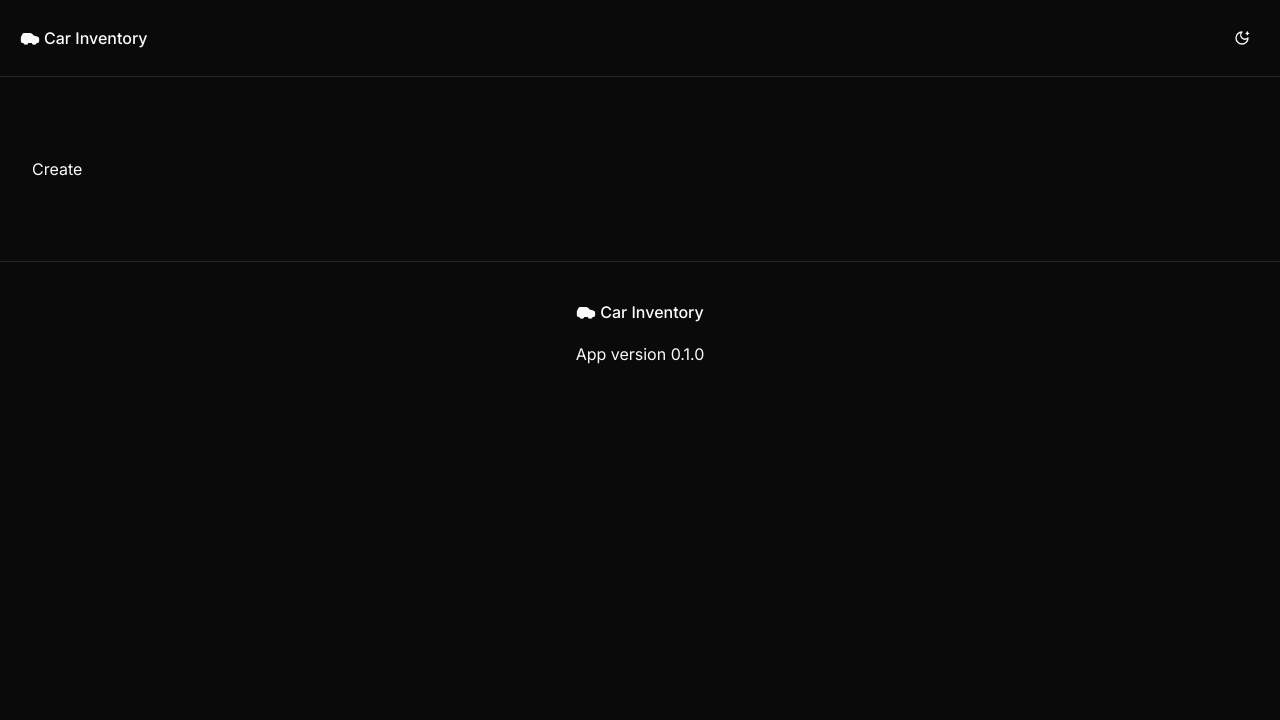
Repository: tushcmd/car-inventory
Page: /create (app in frontend/)
The author's editor kept a copy of each file at every save. The page is drawn from the files as they stood at one save, then again after the next save.
The browser window is 1280 px wide. The pictures show the whole page.
The project was rebuilt for these pictures with package versions that can differ from the ones it lists, and the page was loaded fresh each time. The framework's server and built-in components were replaced by stand-ins that run in the browser. Also part of the build but not shown: frontend/next.config.mjs.

Above is the page before, as saved 2024-05-12 03:49:11.

### frontend/app/layout.tsx
import type { Metadata } from "next";
import { Inter } from "next/font/google";
import "./globals.css";
import AppProviders from "@/components/providers/AppProviders";
import Navbar from '@/components/shared/Navbar';
import Footer from "@/components/shared/Footer";

const inter = Inter({ subsets: ["latin"] });

export const metadata: Metadata = {
  title: "Car Garage Inventory",
  description: "Nextjs Shadcnui Nodejs Express and MongoDB CRUD",
};

export default function RootLayout({
  children,
}: Readonly<{
  children: React.ReactNode;
}>) {
  return (
    <html lang="en" suppressHydrationWarning>
      <body className={inter.className}>
        <AppProviders>
          <Navbar />
          {children}
          <Footer />
        </AppProviders>
      </body>
    </html>
  );
}

### frontend/app/create/page.tsx


export default function Create() {
    return (
        <div className="page-container">Create</div>
    )
}

### frontend/app/globals.css
@tailwind base;
@tailwind components;
@tailwind utilities;

@layer base {
  :root {
    --background: 0 0% 100%;
    --foreground: 0 0% 3.9%;

    --card: 0 0% 100%;
    --card-foreground: 0 0% 3.9%;

    --popover: 0 0% 100%;
    --popover-foreground: 0 0% 3.9%;

    --primary: 0 0% 9%;
    --primary-foreground: 0 0% 98%;

    --secondary: 0 0% 96.1%;
    --secondary-foreground: 0 0% 9%;

    --muted: 0 0% 96.1%;
    --muted-foreground: 0 0% 45.1%;

    --accent: 0 0% 96.1%;
    --accent-foreground: 0 0% 9%;

    --destructive: 0 84.2% 60.2%;
    --destructive-foreground: 0 0% 98%;

    --border: 0 0% 89.8%;
    --input: 0 0% 89.8%;
    --ring: 0 0% 3.9%;

    --radius: 0.5rem;
  }

  .dark {
    --background: 0 0% 3.9%;
    --foreground: 0 0% 98%;

    --card: 0 0% 3.9%;
    --card-foreground: 0 0% 98%;

    --popover: 0 0% 3.9%;
    --popover-foreground: 0 0% 98%;

    --primary: 0 0% 98%;
    --primary-foreground: 0 0% 9%;

    --secondary: 0 0% 14.9%;
    --secondary-foreground: 0 0% 98%;

    --muted: 0 0% 14.9%;
    --muted-foreground: 0 0% 63.9%;

    --accent: 0 0% 14.9%;
    --accent-foreground: 0 0% 98%;

    --destructive: 0 62.8% 30.6%;
    --destructive-foreground: 0 0% 98%;

    --border: 0 0% 14.9%;
    --input: 0 0% 14.9%;
    --ring: 0 0% 83.1%;
  }
}

@layer base {
  * {
    @apply border-border;
  }
  body {
    @apply bg-background text-foreground;
  }
}


@layer components {

  /* FONT SIZES */
  .h1 {
		@apply text-5xl lg:text-6xl font-bold;
	}
	.h2 {
		@apply sm:text-3xl text-4xl font-bold;
	}
	.h3 {
		@apply text-2xl font-medium;
	}
	.h4 {
		@apply text-xl sm:text-lg font-normal;
	}

  /* LAYOUTS  */
	.layout-container {
		@apply container mx-auto px-5;
	}

	.page-container {
		@apply container py-20 flex flex-col gap-16 max-w-7xl;
	}
}

### frontend/components/providers/AppProviders.tsx
'use client';

import { ThemeProvider } from 'next-themes';
import { FC, ReactNode } from 'react';

interface AppProvidersProps {
  children: ReactNode;
}


const AppProviders: FC<AppProvidersProps> = ({ children }) => {
  return (
    <>
      <ThemeProvider attribute="class" disableTransitionOnChange defaultTheme="dark" enableSystem>
        {children}

      </ThemeProvider>
    </>
  );
};

export default AppProviders;

### frontend/components/shared/Navbar.tsx
import React, { FC } from 'react';
import ThemeSwitcherButton from '../ui/ThemeSwitcher';
import Logo from './Logo';

const Navbar: FC = () => {
  return (
    <nav className="border-b py-5">
      <div className="layout-container flex justify-between items-center max-w-7xl">
        <Logo />
        <ThemeSwitcherButton />
      </div>
    </nav>
  );
};

export default Navbar;

### frontend/components/shared/Footer.tsx
import React, { FC } from 'react'
import Logo from './Logo'

const Footer: FC = () => {
  return (
    <footer className='border-t'>
        <div className='layout-container flex flex-col gap-5 items-center  justify-center py-10'>
            <Logo />
            <p>App version 0.1.0</p>
        </div>

    </footer>
  )
}

export default Footer

### frontend/components/ui/ThemeSwitcher.tsx
"use client";

import { useTheme } from "next-themes";
import React, { FC, useEffect, useState } from "react";
import { SunIcon,  Laptop, MoonStarIcon } from "lucide-react";
import {
	DropdownMenu,
	DropdownMenuContent,
	DropdownMenuItem,
	DropdownMenuTrigger,
} from "./dropdown-menu";
import { Button } from "./button";

const themes = [
	{
		value: "light",
		label: "Light",
		icon: SunIcon,
	},
	{
		value: "dark",
		label: "Dark",
		icon: MoonStarIcon,
	},
	{
		value: "system",
		label: "System",
		icon: Laptop,
	},
];

const ThemeSwitcher: FC = () => {
  const [mounted, setMounted] = useState(false)
	const { theme, setTheme } = useTheme();
	const currentTheme = themes.find((t) => t.value === theme);
	const ThemeIcon = currentTheme?.icon

  useEffect(() => {
    setMounted(true)
  }, [])

	return mounted && (
		<div className="flex">
			<DropdownMenu  >
				<DropdownMenuTrigger asChild>
					<Button variant="ghost" size={"icon"}>{!!ThemeIcon && <ThemeIcon className="w-4 h-4"/>}</Button>
				</DropdownMenuTrigger>
				<DropdownMenuContent>
					{themes.map(({value, label}) => <DropdownMenuItem role="button" onClick={() => setTheme(value)} key={value}>{label}</DropdownMenuItem>)}
				</DropdownMenuContent>
			</DropdownMenu>
		</div>
	);
};

export default ThemeSwitcher;

### frontend/components/shared/Logo.tsx

import { Car } from "lucide-react";
import Link from "next/link";
import React, { FC } from "react";

const Logo: FC = () => {
	return (
		<Link href='/' className="flex items-center gap-1 component-focus rounded-md">
			<Car   className="w-5 h-5 fill-current" />
			<h1 className="inline-flex flex-col gap-0 leading-none font-medium">
				<p>Car Inventory</p>
			</h1>
		</Link>
	);
};

export default Logo;

### frontend/components/ui/dropdown-menu.tsx
"use client"

import * as React from "react"
import * as DropdownMenuPrimitive from "@radix-ui/react-dropdown-menu"
import {
  CheckIcon,
  ChevronRightIcon,
  DotFilledIcon,
} from "@radix-ui/react-icons"

import { cn } from "@/lib/utils"

const DropdownMenu = DropdownMenuPrimitive.Root

const DropdownMenuTrigger = DropdownMenuPrimitive.Trigger

const DropdownMenuGroup = DropdownMenuPrimitive.Group

const DropdownMenuPortal = DropdownMenuPrimitive.Portal

const DropdownMenuSub = DropdownMenuPrimitive.Sub

const DropdownMenuRadioGroup = DropdownMenuPrimitive.RadioGroup

const DropdownMenuSubTrigger = React.forwardRef<
  React.ElementRef<typeof DropdownMenuPrimitive.SubTrigger>,
  React.ComponentPropsWithoutRef<typeof DropdownMenuPrimitive.SubTrigger> & {
    inset?: boolean
  }
>(({ className, inset, children, ...props }, ref) => (
  <DropdownMenuPrimitive.SubTrigger
    ref={ref}
    className={cn(
      "flex cursor-default select-none items-center rounded-sm px-2 py-1.5 text-sm outline-none focus:bg-accent data-[state=open]:bg-accent",
      inset && "pl-8",
      className
    )}
    {...props}
  >
    {children}
    <ChevronRightIcon className="ml-auto h-4 w-4" />
  </DropdownMenuPrimitive.SubTrigger>
))
DropdownMenuSubTrigger.displayName =
  DropdownMenuPrimitive.SubTrigger.displayName

const DropdownMenuSubContent = React.forwardRef<
  React.ElementRef<typeof DropdownMenuPrimitive.SubContent>,
  React.ComponentPropsWithoutRef<typeof DropdownMenuPrimitive.SubContent>
>(({ className, ...props }, ref) => (
  <DropdownMenuPrimitive.SubContent
    ref={ref}
    className={cn(
      "z-50 min-w-[8rem] overflow-hidden rounded-md border bg-popover p-1 text-popover-foreground shadow-lg data-[state=open]:animate-in data-[state=closed]:animate-out data-[state=closed]:fade-out-0 data-[state=open]:fade-in-0 data-[state=closed]:zoom-out-95 data-[state=open]:zoom-in-95 data-[side=bottom]:slide-in-from-top-2 data-[side=left]:slide-in-from-right-2 data-[side=right]:slide-in-from-left-2 data-[side=top]:slide-in-from-bottom-2",
      className
    )}
    {...props}
  />
))
DropdownMenuSubContent.displayName =
  DropdownMenuPrimitive.SubContent.displayName

const DropdownMenuContent = React.forwardRef<
  React.ElementRef<typeof DropdownMenuPrimitive.Content>,
  React.ComponentPropsWithoutRef<typeof DropdownMenuPrimitive.Content>
>(({ className, sideOffset = 4, ...props }, ref) => (
  <DropdownMenuPrimitive.Portal>
    <DropdownMenuPrimitive.Content
      ref={ref}
      sideOffset={sideOffset}
      className={cn(
        "z-50 min-w-[8rem] overflow-hidden rounded-md border bg-popover p-1 text-popover-foreground shadow-md",
        "data-[state=open]:animate-in data-[state=closed]:animate-out data-[state=closed]:fade-out-0 data-[state=open]:fade-in-0 data-[state=closed]:zoom-out-95 data-[state=open]:zoom-in-95 data-[side=bottom]:slide-in-from-top-2 data-[side=left]:slide-in-from-right-2 data-[side=right]:slide-in-from-left-2 data-[side=top]:slide-in-from-bottom-2",
        className
      )}
      {...props}
    />
  </DropdownMenuPrimitive.Portal>
))
DropdownMenuContent.displayName = DropdownMenuPrimitive.Content.displayName

const DropdownMenuItem = React.forwardRef<
  React.ElementRef<typeof DropdownMenuPrimitive.Item>,
  React.ComponentPropsWithoutRef<typeof DropdownMenuPrimitive.Item> & {
    inset?: boolean
  }
>(({ className, inset, ...props }, ref) => (
  <DropdownMenuPrimitive.Item
    ref={ref}
    className={cn(
      "relative flex cursor-default select-none items-center rounded-sm px-2 py-1.5 text-sm outline-none transition-colors focus:bg-accent focus:text-accent-foreground data-[disabled]:pointer-events-none data-[disabled]:opacity-50",
      inset && "pl-8",
      className
    )}
    {...props}
  />
))
DropdownMenuItem.displayName = DropdownMenuPrimitive.Item.displayName

const DropdownMenuCheckboxItem = React.forwardRef<
  React.ElementRef<typeof DropdownMenuPrimitive.CheckboxItem>,
  React.ComponentPropsWithoutRef<typeof DropdownMenuPrimitive.CheckboxItem>
>(({ className, children, checked, ...props }, ref) => (
  <DropdownMenuPrimitive.CheckboxItem
    ref={ref}
    className={cn(
      "relative flex cursor-default select-none items-center rounded-sm py-1.5 pl-8 pr-2 text-sm outline-none transition-colors focus:bg-accent focus:text-accent-foreground data-[disabled]:pointer-events-none data-[disabled]:opacity-50",
      className
    )}
    checked={checked}
    {...props}
  >
    <span className="absolute left-2 flex h-3.5 w-3.5 items-center justify-center">
      <DropdownMenuPrimitive.ItemIndicator>
        <CheckIcon className="h-4 w-4" />
      </DropdownMenuPrimitive.ItemIndicator>
    </span>
    {children}
  </DropdownMenuPrimitive.CheckboxItem>
))
DropdownMenuCheckboxItem.displayName =
  DropdownMenuPrimitive.CheckboxItem.displayName

const DropdownMenuRadioItem = React.forwardRef<
  React.ElementRef<typeof DropdownMenuPrimitive.RadioItem>,
  React.ComponentPropsWithoutRef<typeof DropdownMenuPrimitive.RadioItem>
>(({ className, children, ...props }, ref) => (
  <DropdownMenuPrimitive.RadioItem
    ref={ref}
    className={cn(
      "relative flex cursor-default select-none items-center rounded-sm py-1.5 pl-8 pr-2 text-sm outline-none transition-colors focus:bg-accent focus:text-accent-foreground data-[disabled]:pointer-events-none data-[disabled]:opacity-50",
      className
    )}
    {...props}
  >
    <span className="absolute left-2 flex h-3.5 w-3.5 items-center justify-center">
      <DropdownMenuPrimitive.ItemIndicator>
        <DotFilledIcon className="h-4 w-4 fill-current" />
      </DropdownMenuPrimitive.ItemIndicator>
    </span>
    {children}
  </DropdownMenuPrimitive.RadioItem>
))
DropdownMenuRadioItem.displayName = DropdownMenuPrimitive.RadioItem.displayName

const DropdownMenuLabel = React.forwardRef<
  React.ElementRef<typeof DropdownMenuPrimitive.Label>,
  React.ComponentPropsWithoutRef<typeof DropdownMenuPrimitive.Label> & {
    inset?: boolean
  }
>(({ className, inset, ...props }, ref) => (
  <DropdownMenuPrimitive.Label
    ref={ref}
    className={cn(
      "px-2 py-1.5 text-sm font-semibold",
      inset && "pl-8",
      className
    )}
    {...props}
  />
))
DropdownMenuLabel.displayName = DropdownMenuPrimitive.Label.displayName

const DropdownMenuSeparator = React.forwardRef<
  React.ElementRef<typeof DropdownMenuPrimitive.Separator>,
  React.ComponentPropsWithoutRef<typeof DropdownMenuPrimitive.Separator>
>(({ className, ...props }, ref) => (
  <DropdownMenuPrimitive.Separator
    ref={ref}
    className={cn("-mx-1 my-1 h-px bg-muted", className)}
    {...props}
  />
))
DropdownMenuSeparator.displayName = DropdownMenuPrimitive.Separator.displayName

const DropdownMenuShortcut = ({
  className,
  ...props
}: React.HTMLAttributes<HTMLSpanElement>) => {
  return (
    <span
      className={cn("ml-auto text-xs tracking-widest opacity-60", className)}
      {...props}
    />
  )
}
DropdownMenuShortcut.displayName = "DropdownMenuShortcut"

export {
  DropdownMenu,
  DropdownMenuTrigger,
  DropdownMenuContent,
  DropdownMenuItem,
  DropdownMenuCheckboxItem,
  DropdownMenuRadioItem,
  DropdownMenuLabel,
  DropdownMenuSeparator,
  DropdownMenuShortcut,
  DropdownMenuGroup,
  DropdownMenuPortal,
  DropdownMenuSub,
  DropdownMenuSubContent,
  DropdownMenuSubTrigger,
  DropdownMenuRadioGroup,
}

### frontend/components/ui/button.tsx
import * as React from "react"
import { Slot } from "@radix-ui/react-slot"
import { cva, type VariantProps } from "class-variance-authority"

import { cn } from "@/lib/utils"

const buttonVariants = cva(
  "inline-flex items-center justify-center whitespace-nowrap rounded-md text-sm font-medium transition-colors focus-visible:outline-none focus-visible:ring-1 focus-visible:ring-ring disabled:pointer-events-none disabled:opacity-50",
  {
    variants: {
      variant: {
        default:
          "bg-primary text-primary-foreground shadow hover:bg-primary/90",
        destructive:
          "bg-destructive text-destructive-foreground shadow-sm hover:bg-destructive/90",
        outline:
          "border border-input bg-background shadow-sm hover:bg-accent hover:text-accent-foreground",
        secondary:
          "bg-secondary text-secondary-foreground shadow-sm hover:bg-secondary/80",
        ghost: "hover:bg-accent hover:text-accent-foreground",
        link: "text-primary underline-offset-4 hover:underline",
      },
      size: {
        default: "h-9 px-4 py-2",
        sm: "h-8 rounded-md px-3 text-xs",
        lg: "h-10 rounded-md px-8",
        icon: "h-9 w-9",
      },
    },
    defaultVariants: {
      variant: "default",
      size: "default",
    },
  }
)

export interface ButtonProps
  extends React.ButtonHTMLAttributes<HTMLButtonElement>,
    VariantProps<typeof buttonVariants> {
  asChild?: boolean
}

const Button = React.forwardRef<HTMLButtonElement, ButtonProps>(
  ({ className, variant, size, asChild = false, ...props }, ref) => {
    const Comp = asChild ? Slot : "button"
    return (
      <Comp
        className={cn(buttonVariants({ variant, size, className }))}
        ref={ref}
        {...props}
      />
    )
  }
)
Button.displayName = "Button"

export { Button, buttonVariants }

Loaded but not shown: frontend/lib/utils.ts (common file); frontend/tailwind.config.ts (common file)

After the next save:
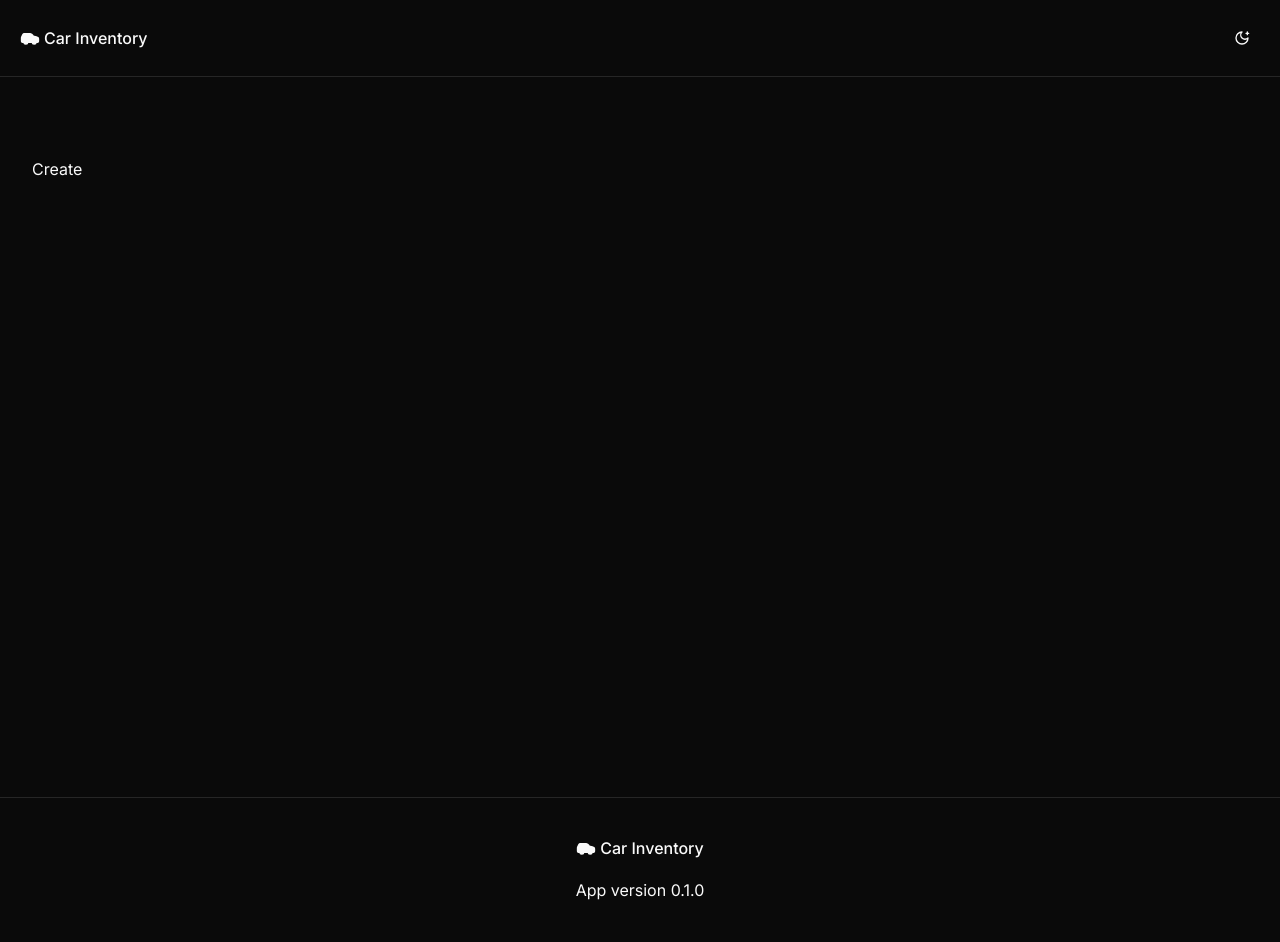
Saved 76 s later.
--- a/frontend/app/create/page.tsx
+++ b/frontend/app/create/page.tsx
@@ -2,6 +2,6 @@
 
 export default function Create() {
     return (
-        <div className="page-container">Create</div>
+        <div className="page-container min-h-screen">Create</div>
     )
 }
